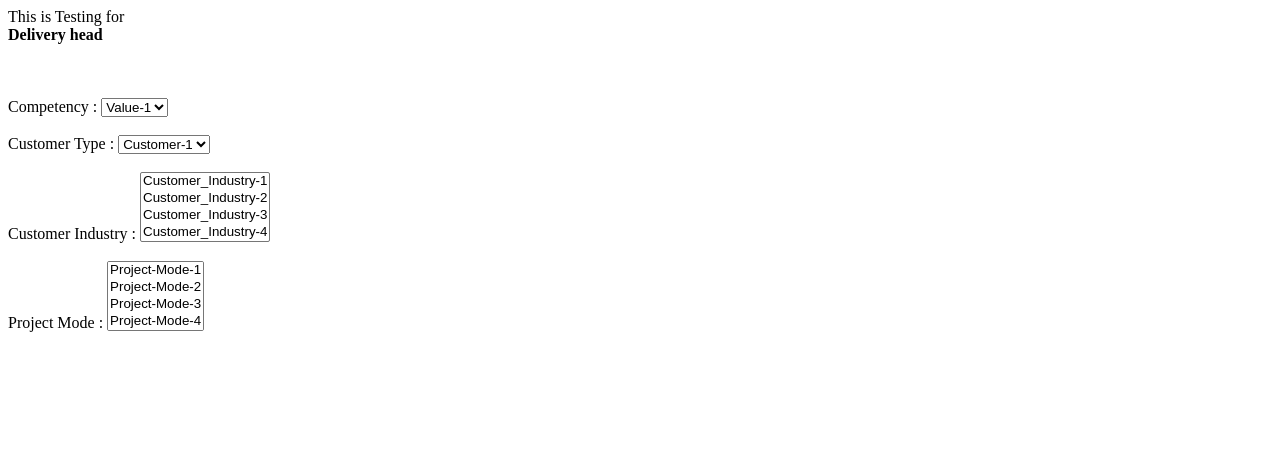
Repository: Perwaiz21/STS
Page: http://localhost/AWS_Web/
The author's editor kept a copy of each file at every save. The page is drawn from the files as they stood at one save, then again after the next save.
The browser window is 1280 px wide. The pictures show the whole page.
The page is served by Tomcat 9.

Above is the page before, as saved 2021-02-18 08:45:08.

After the next save:
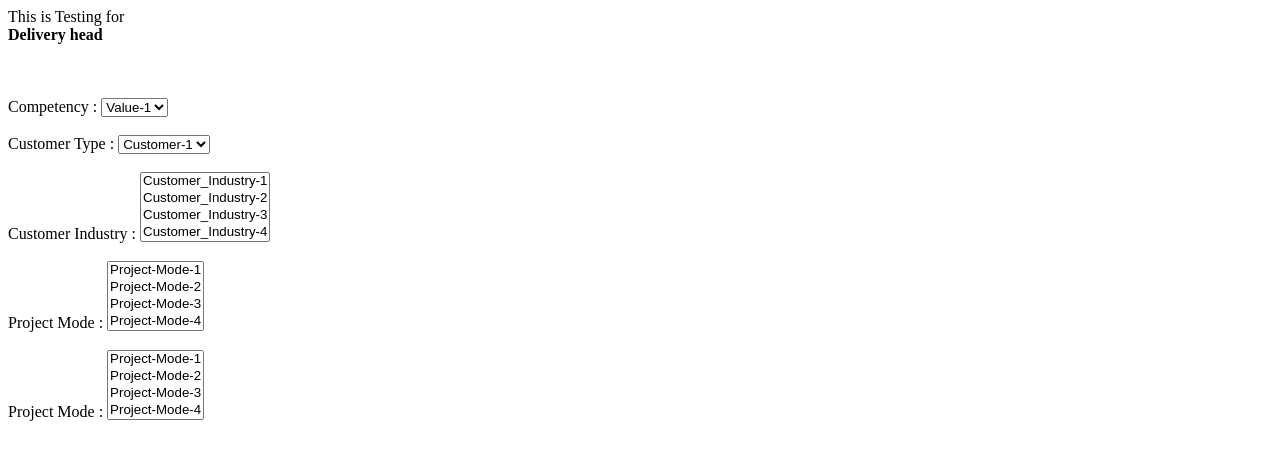
Saved 4 min 29 s later.
--- a/AWS_Web/WebContent/index.jsp
+++ b/AWS_Web/WebContent/index.jsp
@@ -1,5 +1,5 @@
 <%@ page language="java" contentType="text/html; charset=ISO-8859-1"
-    pageEncoding="ISO-8859-1"%>
+	pageEncoding="ISO-8859-1"%>
 <!DOCTYPE html>
 <html>
 <head>
@@ -7,45 +7,70 @@
 <title>Insert title here</title>
 </head>
 <body>
-This is Testing for <br><b>Delivery head</b><br><br><br><br>
-<label for="Competency">	Competency :</label>
+	This is Testing for
+	<br>
+	<b>Delivery head</b>
+	<br>
+	<br>
+	<br>
+	<br>
+	<label for="Competency"> Competency :</label>
 
-<select name="cars" id="Competency">
-  <option value="L1">Value-1</option>
-  <option value="L2">Value-2</option>
-  <option value="L3">Value-3</option>
-  <option value="L4">Value-4</option>
+	<select name="cars" id="Competency">
+		<option value="L1">Value-1</option>
+		<option value="L2">Value-2</option>
+		<option value="L3">Value-3</option>
+		<option value="L4">Value-4</option>
 
-</select>
-<br><br>
-<label for="Customer Type">Customer Type :</label>
-<select name="Customer_Type" id="Customer_Type">
-  <option value="Customer-1">Customer-1</option>
-  <option value="Customer-2">Customer-2</option>
-  <option value="Customer-3">Customer-3</option>
-  <option value="Customer-4">Customer-4</option>
-</select>
+	</select>
+	<br>
+	<br>
+	<label for="Customer Type">Customer Type :</label>
+	<select name="Customer_Type" id="Customer_Type">
+		<option value="Customer-1">Customer-1</option>
+		<option value="Customer-2">Customer-2</option>
+		<option value="Customer-3">Customer-3</option>
+		<option value="Customer-4">Customer-4</option>
+	</select>
 
-<br><br>
-<label for="Customer Industry">Customer Industry :</label>
-<select name="Customer_Industry" id="Customer_Industry" multiple>
-  <option value="Customer_Industry-1">Customer_Industry-1</option>
-  <option value="Customer_Industry-2">Customer_Industry-2</option>
-  <option value="Customer_Industry-3">Customer_Industry-3</option>
-  <option value="Customer_Industry-4">Customer_Industry-4</option>
-</select>
+	<br>
+	<br>
+	<label for="Customer Industry">Customer Industry :</label>
+	<select name="Customer_Industry" id="Customer_Industry" multiple>
+		<option value="Customer_Industry-1">Customer_Industry-1</option>
+		<option value="Customer_Industry-2">Customer_Industry-2</option>
+		<option value="Customer_Industry-3">Customer_Industry-3</option>
+		<option value="Customer_Industry-4">Customer_Industry-4</option>
+	</select>
 
-<br><br>
-<label for="Project Mode">Project Mode :</label>
-<select name="Project-Mode" id="Project-Mode" multiple>
-  <option value="Project-Mode-1">Project-Mode-1</option>
-  <option value="Project-Mode-2">Project-Mode-2</option>
-  <option value="Project-Mode-3">Project-Mode-3</option>
-  <option value="Project-Mode-4">Project-Mode-4</option>
-   <option value="Project-Mode-5">Project-Mode-5</option>
-    <option value="Project-Mode-6">Project-Mode-6</option>
-     <option value="Project-Mode-7">Project-Mode-7</option>
-</select>
+	<br>
+	<br>
+	<label for="Project Mode">Project Mode :</label>
+	<select name="Project-Mode" id="Project-Mode" multiple>
+		<option value="Project-Mode-1">Project-Mode-1</option>
+		<option value="Project-Mode-2">Project-Mode-2</option>
+		<option value="Project-Mode-3">Project-Mode-3</option>
+		<option value="Project-Mode-4">Project-Mode-4</option>
+		<option value="Project-Mode-5">Project-Mode-5</option>
+		<option value="Project-Mode-6">Project-Mode-6</option>
+		<option value="Project-Mode-7">Project-Mode-7</option>
+	</select>
+
+
+	<br>
+	<br>
+	<label for="Project Mode">Project Mode :</label>
+	<select name="Project-Mode" id="Project-Mode" multiple>
+		<option value="Project-Mode-1">Project-Mode-1</option>
+		<option value="Project-Mode-2">Project-Mode-2</option>
+		<option value="Project-Mode-3">Project-Mode-3</option>
+		<option value="Project-Mode-4">Project-Mode-4</option>
+		<option value="Project-Mode-5">Project-Mode-5</option>
+		<option value="Project-Mode-6">Project-Mode-6</option>
+		<option value="Project-Mode-7">Project-Mode-7</option>
+	</select>
+
+
 
 </body>
 </html>
